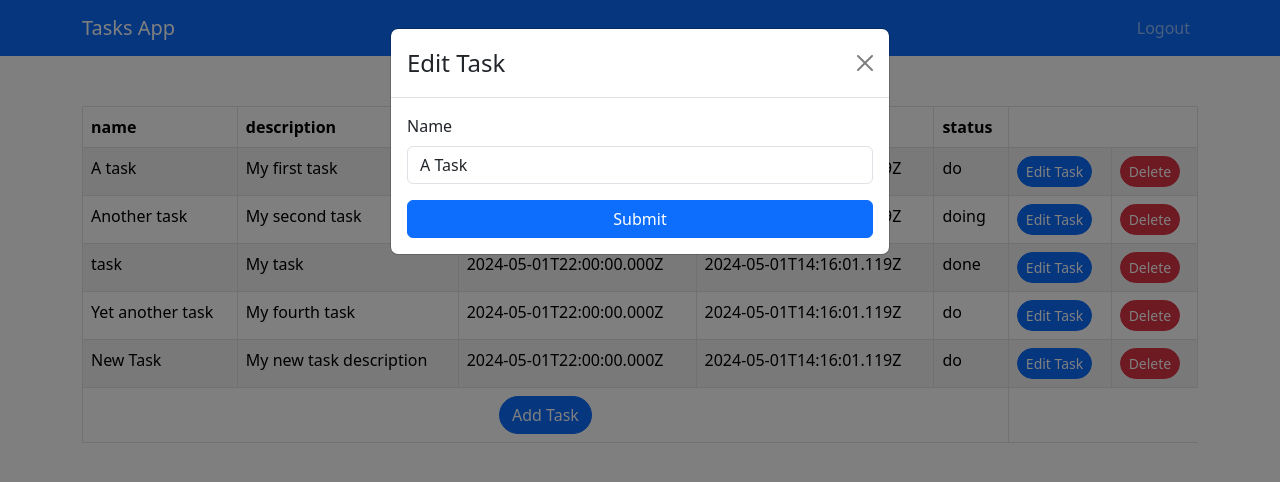
Repository: trider/react-task-manager
Page: /#/tasks, after clicking the first element matching `button.rounded-pill`
An editor plug-in stored every save of this project. The page is shown before and after the next save, followed by the edit.
The browser window is 1280 px wide. The pictures show the whole page.
The project was rebuilt for these pictures with package versions that can differ from the ones it lists, and the page was loaded fresh each time. Also part of the build but not shown: src/App.css, src/data/_Users.js, src/pages/Login.js.

Above is the page before, as saved 2024-05-06 16:03:25.

After the next save:
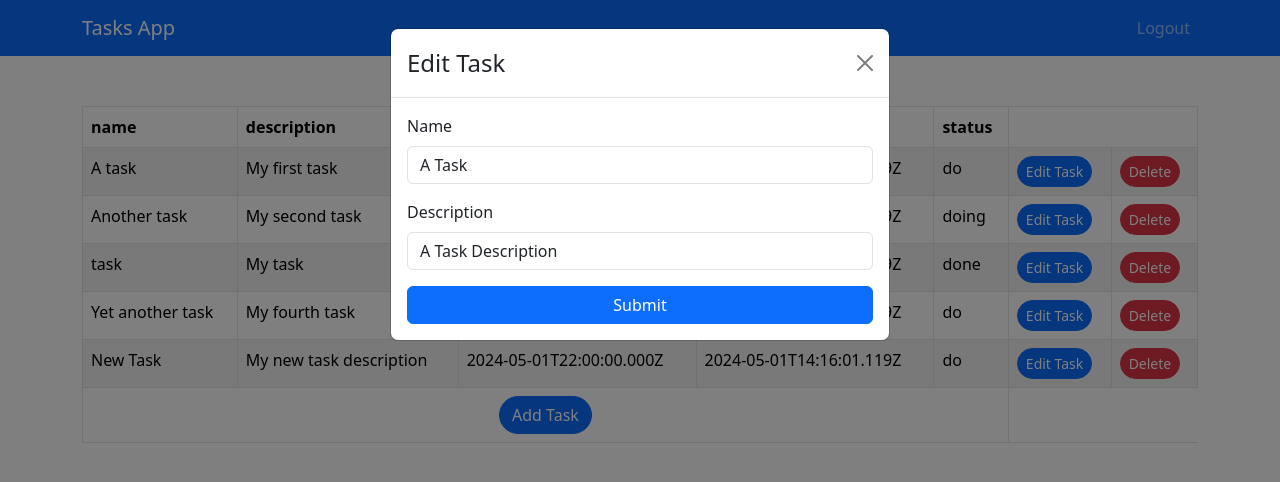
Saved 53 s later.
--- a/src/components/Modal.js
+++ b/src/components/Modal.js
@@ -19,6 +19,14 @@ const FormBody = () => {
           <Form.Control
             type="text"
             value={"A Task"}
+
+          />
+        </Form.Group>
+        <Form.Group className="mb-3" controlId="taskDescription">
+          <Form.Label>Description</Form.Label>
+          <Form.Control
+            type="text"
+            value={"A Task Description"}
 
           />
         </Form.Group>
